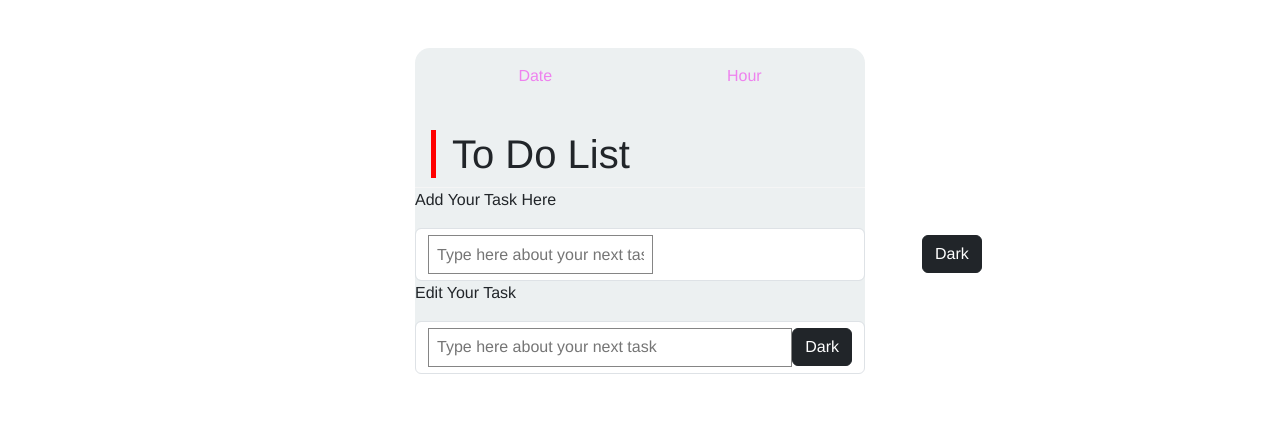
Repository: Passionblaz/TODO
Page: TODO/Untitled-1.html
These files come from the project's save history. The page is drawn as it stood at one moment and after the next save; the edit follows.
The browser window is 1280 px wide. The pictures show the whole page.

Above is the page before, as saved 2023-07-14 12:54:12.

### TODO/Untitled-1.html
<!DOCTYPE html>
<html lang="en">
<head>
  <meta charset="UTF-8">
  <meta name="viewport" content="width=device-width, initial-scale=1.0">
  <title>Document</title>
  <link href="https://cdn.jsdelivr.net/npm/bootstrap@5.3.0/dist/css/bootstrap.min.css" rel="stylesheet" integrity="sha384-9ndCyUaIbzAi2FUVXJi0CjmCapSmO7SnpJef0486qhLnuZ2cdeRhO02iuK6FUUVM" crossorigin="anonymous">
  <!-- Bootstrap Bundle JS (jsDelivr CDN) -->
  <script defer src="https://cdn.jsdelivr.net/npm/bootstrap@5.3.0/dist/js/bootstrap.bundle.min.js" integrity="sha384-geWF76RCwLtnZ8qwWowPQNguL3RmwHVBC9FhGdlKrxdiJJigb/j/68SIy3Te4Bkz" crossorigin="anonymous"></script>
  <link rel="stylesheet" href="todostyles.css">
</head>
<body>
<div class="todo-container">
  <div class="date-hour">
    <p class="date">Date</p>
    <p class="hour">Hour</p>
  </div>
<header>
  <h1>To Do List</h1>
</header>
<!-- -->

<form action="" id="todo-form">
  <p>Add Your Task Here</p>
<div class="form-control">
<input type="text" id="todo-input" placeholder="Type here about your next task">
<div class="button">
  <button type="button" class="btn btn-dark">Dark</button>
 </div>
</div>

</form>

<form action="" id="edit-form">
  <p>Edit Your Task</p>
<div class="form-control">
<input type="text" id="edit-input" placeholder="Type here about your next task">
<div class="button2">
  <button type="button" class="btn btn-dark">Dark</button>
 </div>
</div>

</form>

</div>




    </body>
</html>

### TODO/todostyles.css
*{
  padding: 0;
  margin: 0;
  box-sizing: border-box;
}
body{
  font-family: 'Franklin Gothic Medium', 'Arial Narrow', Arial, sans-serif;
  background: rgb(red, green, blue);

}
.form-control {
  display: flex;
}
.form-control input {
  flex: 1;
  outline: 0;
box-shadow: none;
border: 1px solid #858585;
}
.form-control button:hover {
  background-color: green;
}
.date-hour {
  display: flex;
  justify-content: space-around;
  align-items:center;
  padding: 1rem 1rem 1.5rem 1rem;
  font-size: 16px;
  color: violet;
}
button {
  background-color: darkorange;
  color: blue;
  border: 2px solid red;
  padding: 0.2rem 0.4rem;
  font-size: .8rem;
  cursor: pointer;
  justify-content: center;
  align-items: center;
  transition: .4s;
  border: 1px solid orange;
}
button:hover {
  background-color: orangered;
  color: white;
}
button > i {
  font-weight: bold;
  pointer-events: none;
}
input {
  padding: .4rem .5rem;
}
.hide {
  display: none;
}
.todo-container {
  background-color: #ecf0f1;
  border-radius: 15px;
  width: 450px;
  margin: 3rem auto;
  padding: 1.5.rem;
}
.todo-container header {
  padding: 0.1rem 1rem;
border-bottom: 1px solid whitesmoke;
}
header >h1 {
  padding-left: 16px;
  border-left: 5px solid red;
}


.button {
  padding-left: 269px;

}

After the next save:
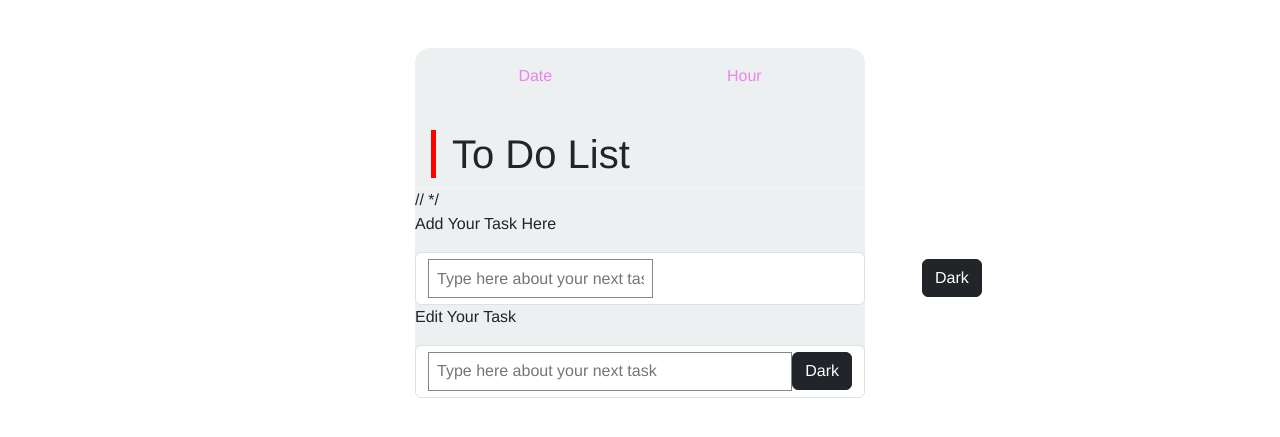
Saved 9 s later.
--- a/TODO/Untitled-1.html
+++ b/TODO/Untitled-1.html
@@ -19,7 +19,8 @@
   <h1>To Do List</h1>
 </header>
 <!-- -->
-
+//
+*/
 <form action="" id="todo-form">
   <p>Add Your Task Here</p>
 <div class="form-control">

After the 2 saves that followed:
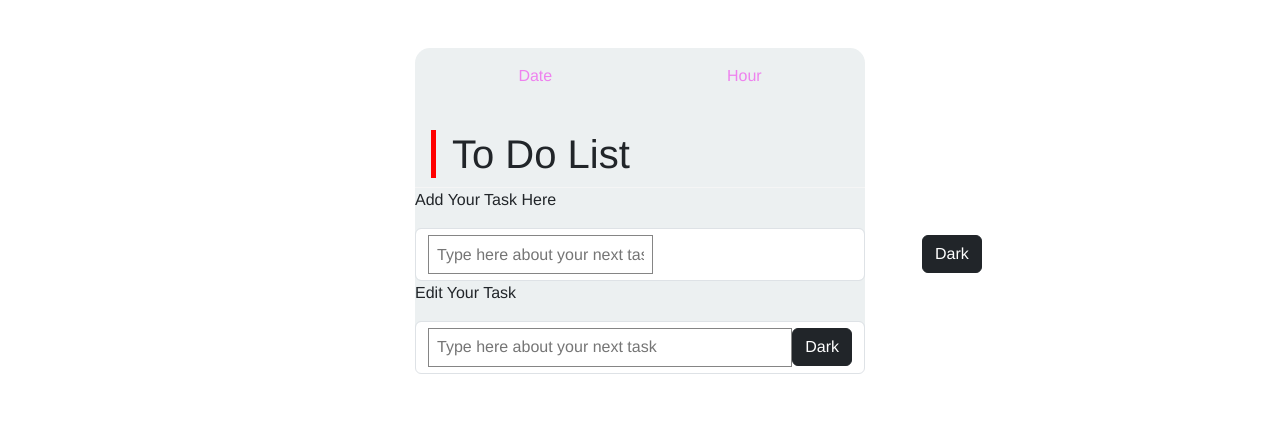
The 2 saves are shown as one change because they came seconds apart.
The last was saved 9 s later.
--- a/TODO/Untitled-1.html
+++ b/TODO/Untitled-1.html
@@ -19,8 +19,7 @@
   <h1>To Do List</h1>
 </header>
 <!-- -->
-//
-*/
+
 <form action="" id="todo-form">
   <p>Add Your Task Here</p>
 <div class="form-control">
